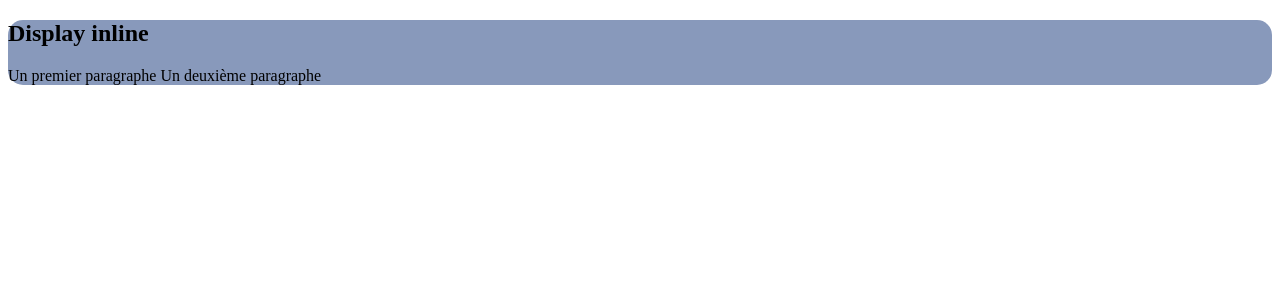
Repository: serviceshuios/Git-Aix-Web
Page: affichage-positionnement/WebContent/index.html
An editor plug-in stored every save of this project. The page is shown before and after the next save, followed by the edit.
The browser window is 1280 px wide. The pictures show the whole page.

Above is the page before, as saved 2018-10-25 13:16:34.

### affichage-positionnement/WebContent/index.html
<!DOCTYPE html>
<html>
<head>
<meta charset="utf-8" />
<title>AFFICHAGE ET POSITIONNEMENT</title>
<link rel="stylesheet" href="css/style.css" />

</head>
<body>
	<div>
		<h2>Display inline</h2>
		<p class="para1">Un premier paragraphe</p>
		<p class="para2">Un deuxième paragraphe</p>
	</div>
	<script src="js/script.js"></script>
</body>
</html>

### affichage-positionnement/WebContent/css/style.css
@charset "utf-8";
div {
	background-color: #89B;
	border-radius: 15px;
}

.para1, .para2{
	display: inline;
}

Loaded but not shown: affichage-positionnement/WebContent/js/script.js (no stored copy; drawn as an empty file)

After the next save:
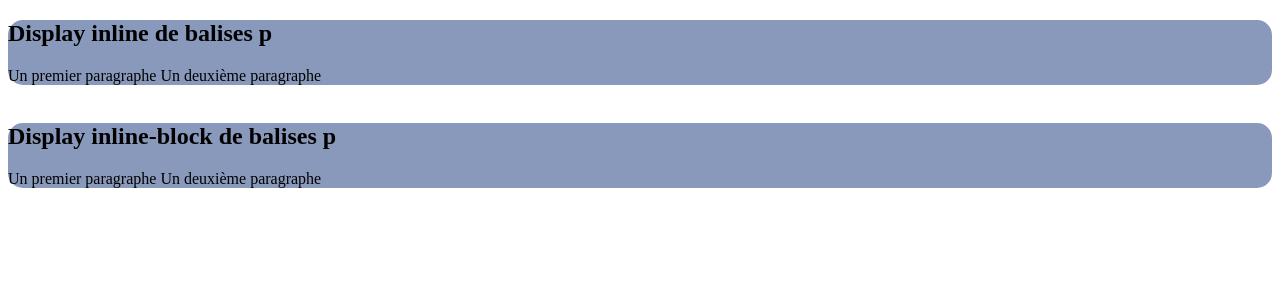
Saved 64 s later.
--- a/affichage-positionnement/WebContent/index.html
+++ b/affichage-positionnement/WebContent/index.html
@@ -8,7 +8,13 @@
 </head>
 <body>
 	<div>
-		<h2>Display inline</h2>
+		<h2>Display inline de balises p</h2>
+		<p class="para1">Un premier paragraphe</p>
+		<p class="para2">Un deuxième paragraphe</p>
+	</div>
+	<br/>
+	<div>
+		<h2>Display inline-block de balises p</h2>
 		<p class="para1">Un premier paragraphe</p>
 		<p class="para2">Un deuxième paragraphe</p>
 	</div>
